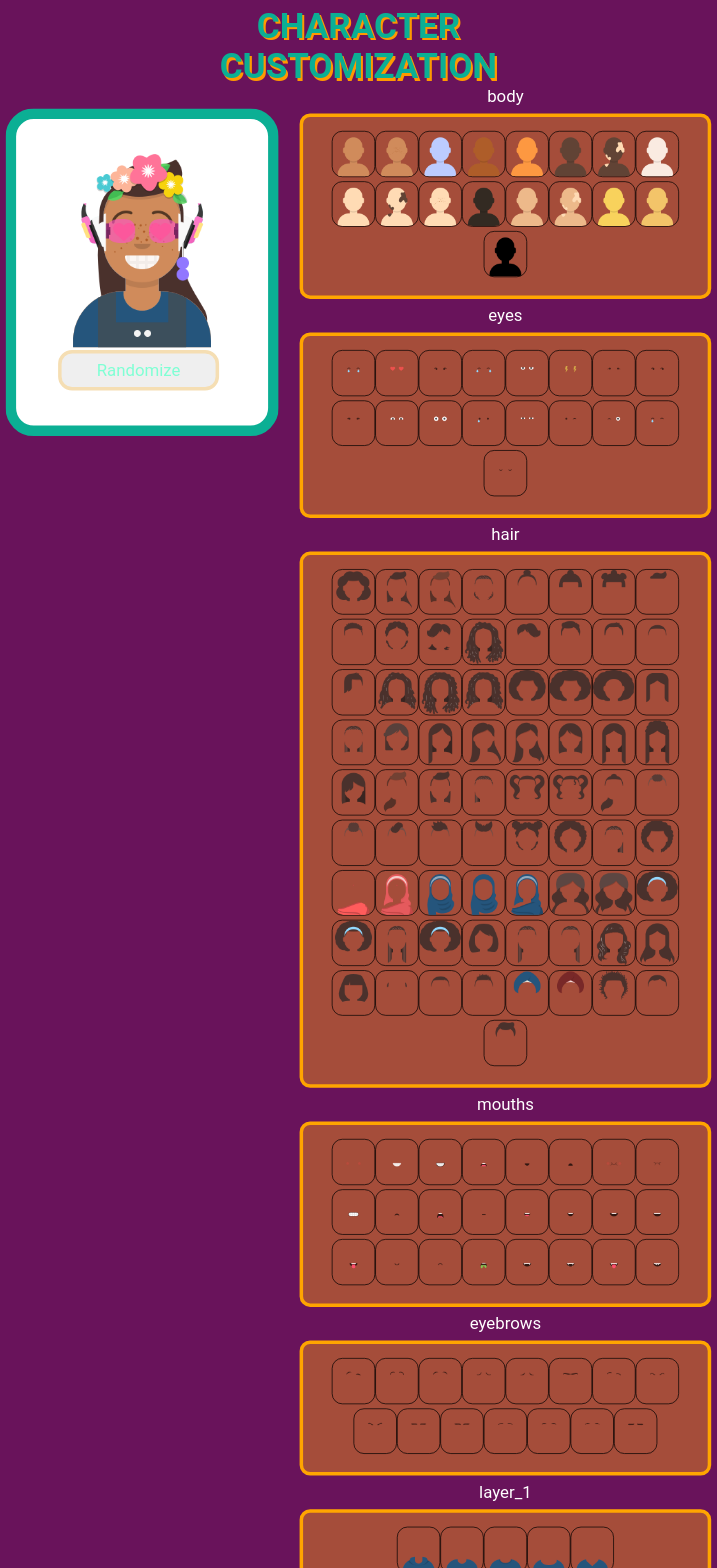
Repository: Kamaric112/react_clothing
Page: /
These files come from the project's save history. The page is drawn as it stood at one moment and after the next save; the edit follows.
The browser window is 1024 px wide. The pictures show the part of the page from y = 0 to 2240 px (the page is 3789 px tall before and 3685 px after), at 70% of full size.
The project was rebuilt for these pictures with package versions that can differ from the ones it lists, and the page was loaded fresh each time.

Above is the page before, as saved 2022-08-29 21:09:33.

### src/index.js
import React from "react";
import ReactDOM from "react-dom/client";
import App from "./components/App";

const root = ReactDOM.createRoot(document.getElementById("root"));

root.render(<App />);

### src/components/App.js
import React from "react";
import Header from "./Header";
import "./App.css";
import Avatar from "./Avatar";
import PartList from "./PartList";
import {useState} from "react"

const total = {
  body: 17,
  eyes: 17,
  hair: 73,
  mouths: 24,
  eyebrows: 15,
  hats: 28,
  glasses: 17,
  clothing1: 5,
  clothing2: 5,
  clothing3: 9,
};

function App() {


const [eyes, setEyes] = useState(2)
const [body, setBody] = useState(2)
const [layer_1, setLayer_1] = useState(2)
const [layer_2, setLayer_2] = useState(2)
const [layer_3, setLayer_3] = useState(2)
const [mouths, setMouths] = useState(2)
const [glasses, setGlasses] = useState(2)
const [hair, setHair] = useState(2)
const [eyebrows, setEyebrows] = useState(2)

const [earrings, setEarrings] = useState(2)
const [hats, setHats] = useState(2)
const randomize = () => {
    setBody(Math.floor((Math.random() * total.body )+1));
		setEyes(Math.floor((Math.random() * total.eyes)+1));
		setEyebrows(Math.floor((Math.random() * total.eyebrows)+1));
		setHair(Math.floor((Math.random() * total.hair)+1));
		setMouths(Math.floor((Math.random() * total.mouths)+1));
		setGlasses(Math.floor((Math.random() * total.glasses)+1));
		setLayer_1(Math.floor((Math.random() * total.clothing1)+1));
		setLayer_2(Math.floor((Math.random() * total.clothing2)+1));
		setLayer_3(Math.floor((Math.random() * total.clothing3)+1));
    setHats(Math.floor((Math.random() * total.hats)+1));

}




const handleClick = (e) => {
  console.log(e.target.src) //change states when clicked corresponding clothing
  const imageUrl = e.target.src
  console.log(imageUrl.split('/').pop().split('.')[0]) // split the src based on "/" then remove the last element, then split that element based on "." then choose the 1st element
}



  return (
    <div className="App">
      <Header />
      <div className="total-style">
        <Avatar eyes = {eyes} body = {body} layer_1 = {layer_1} layer_2 = {layer_2} layer_3 ={layer_3} mouths = {mouths} glasses = {glasses} hair = {hair} earrings = {earrings} hats = {hats} eyebrows= {eyebrows} randomize = {randomize}/>


        <div>
        <PartList type = "body" total ="17" index = "1" handleClick={(e) => setBody(e.target.src.split('/').pop().split('.')[0])} />
        <PartList type = "eyes" total ="17" index = "1" handleClick={(e) => setEyes(e.target.src.split('/').pop().split('.')[0])}/>
        <PartList type = "hair" total ="73" index = "1" handleClick={(e) => setHair(e.target.src.split('/').pop().split('.')[0])}/>
        <PartList type = "mouths" total ="24" index = "1" handleClick={(e) => setMouths(e.target.src.split('/').pop().split('.')[0])}/>
        <PartList type = "eyebrows" total ="15" index = "1" handleClick={(e) => setEyebrows(e.target.src.split('/').pop().split('.')[0])}/>
        <PartList type = "layer_1" total ="5" index = "1" handleClick={(e) => setLayer_1(e.target.src.split('/').pop().split('.')[0])}/>
        <PartList type = "layer_2" total ="5" index = "1" handleClick={(e) => setLayer_2(e.target.src.split('/').pop().split('.')[0])}/>
        <PartList type = "layer_3" total ="9" index = "1" handleClick={(e) => setLayer_3(e.target.src.split('/').pop().split('.')[0])}/>
        <PartList type = "earrings" total ="32" index = "1" handleClick={(e) => setEarrings(e.target.src.split('/').pop().split('.')[0])}/>
        <PartList type = "hats" total ="28" index = "1" handleClick={(e) => setHats(e.target.src.split('/').pop().split('.')[0])} />
        <PartList type = "glasses" total ="17" index = "1" handleClick={(e) => setGlasses(e.target.src.split('/').pop().split('.')[0])}/>

        </div>


      </div>
    </div>
  );
}

export default App;

### src/components/Header.js
import React from "react";

function Header() {
  return (
    <>
      <div className="title">CHARACTER</div>
      <div className="subtitle">CUSTOMIZATION</div>
    </>
  );
}

export default Header;

### src/components/App.css
*,
*::after,
*::before {
  box-sizing: content-box;
  font-family: "Roboto", sans-serif;
}

body {
	background-color: rgb(105, 19, 91);
}

.App {
	max-width: 1200px;
	margin: 0 auto;
	display: flex;
	flex-direction: column;
	align-items: center;
}

.subtitle,
.title {
  text-align: center;
}

.title,
.subtitle {
  color: #0baf94;
  font-size: 50px;
  font-weight: 700;
  text-shadow: 3px 3px #f90;
}

.total-style {
  display: flex;

  justify-content: center;
  gap: 30px;
}

.avatar {
	width: 260px;
	height: 280px;
	position: relative;
}

.avatar-wrapper {
	border-radius: 40px;
	display: inline-block;
	border: 15px solid rgb(11, 175, 148);
	padding: 50px;
	position: sticky;
	background-color: #fff;
	top: calc(50% - 205px);
}

.avatar-wrapper button {
  display: flex;
  justify-content: center;
  align-items: center;
  border: 5px solid wheat;
  padding: 10px;
  width: 200px;
  border-radius: 20px;
  margin-left: 10px;
  font-size: 1.5rem;
  color: aquamarine;
}
.avatar-wrapper button:hover {
  cursor: pointer;
  background-color: #0baf94;
}

.list-section {
  max-width: 700px;
  text-align: center;
}

.partlist {
  display: flex;
  flex-direction: column;

}

.partlist div {
  color: white;
  font-size: 1.5rem;
}
.list {
  gap: 1rem;
  background-color: rgba(255,166,9,.4);
  border: 5px solid orange;
  border-radius: 15px;
  flex-wrap: wrap;
  margin: 10px 0;
  padding: 20px;
}

.list img {
  border: 1px solid black;
  border-radius: 15px
}

.list img:hover {
  background-color: #798885;
}

### src/components/Avatar.js
import React from 'react'
import Part from './Part'

function Avatar({eyes,body,layer_1,layer_2,layer_3,mouths,glasses,hair,earrings,hats,eyebrows,randomize}) {
  return (
    <div>
      <div className="avatar-wrapper">
        <div className="avatar">
          <Part type="body" position="0" index = {body}/>
          <Part type="layer_1" position="1" index = {layer_1}/>
          <Part type="layer_2" position="1" index = {layer_2}/>
          <Part type="layer_3" position="1" index = {layer_3}/>
          <Part type="mouths" position="2" index = {mouths}/>
          <Part type="noses" position="2" index = "1"/>
          <Part type="eyes" position="2" index = {eyes}/>
          <Part type="glasses" position="3" index = {glasses}/>
          <Part type="hair" position="3" index = {hair}/>
          <Part type="earrings" position="3" index = {earrings}/>
          <Part type="hats" position="4" index = {hats}/>
          <Part type="eyebrows" position="2" index = {eyebrows}/>
        </div>
        <button onClick={randomize}>Randomize </button>
      </div>
    </div>
  )
}

export default Avatar

### src/components/PartList.js
import React from 'react'


function PartList({type,index,total,handleClick}) {

  let parts=[]
  const accessories = ["hats","glasses","earrings"]
  const clothing = ["layer_1","layer_2","layer_3"]



  for (index;index<= total; index++) {
    if ( accessories.includes(type)) {
      parts.push( <img key= {index} src={`character/accessories/${type}/${index}.png`} width="60px" onClick= {handleClick} alt= {type}/>)
    } else if ( clothing.includes(type)) {
      parts.push( <img key= {index} src={`character/clothes/${type}/${index}.png`} width="60px" onClick={handleClick} alt= {type}/>)
    }
    else {
      parts.push( <img key= {index} src={`character/${type}/${index}.png`} width="60px" onClick={handleClick} alt= {type}/>)
    }
  }


  return (
      <div className="list-section">
        <div className="partlist">
          <div>{type}</div>
          <div className="list">
            {parts}
          </div>
        </div>
      </div>
  )
}

export default PartList

### src/components/Part.js
import React from 'react'

function Part({type,position,index}) {

  const accessories = ["hats","glasses","earrings"]
  const clothing = ["layer_1","layer_2","layer_3"]

  const commonStyle = {
    position: "absolute",
    width: "260px",
    zIndex: `${position}`
  }
  if ( accessories.includes(type)) {
    return (<img src={`character/accessories/${type}/${index}.png`}  alt={`${type}`}  style= {commonStyle}/>)
  } else if ( clothing.includes(type)) {
  return (<img src={`character/clothes/${type}/${index}.png`}  alt={`${type}`}  style= {commonStyle}/>)
  } else if (type ==="noses") {
    return (<img src={`character/${type}/1.png`} alt={`${type}`} style= {commonStyle}/>)
  } else {
    return (<img src={`character/${type}/${index}.png`}  alt={`${type}`} style= {commonStyle}/>)
  }
}
export default Part

Loaded but not shown: public/index.html (common file)

After the next save:
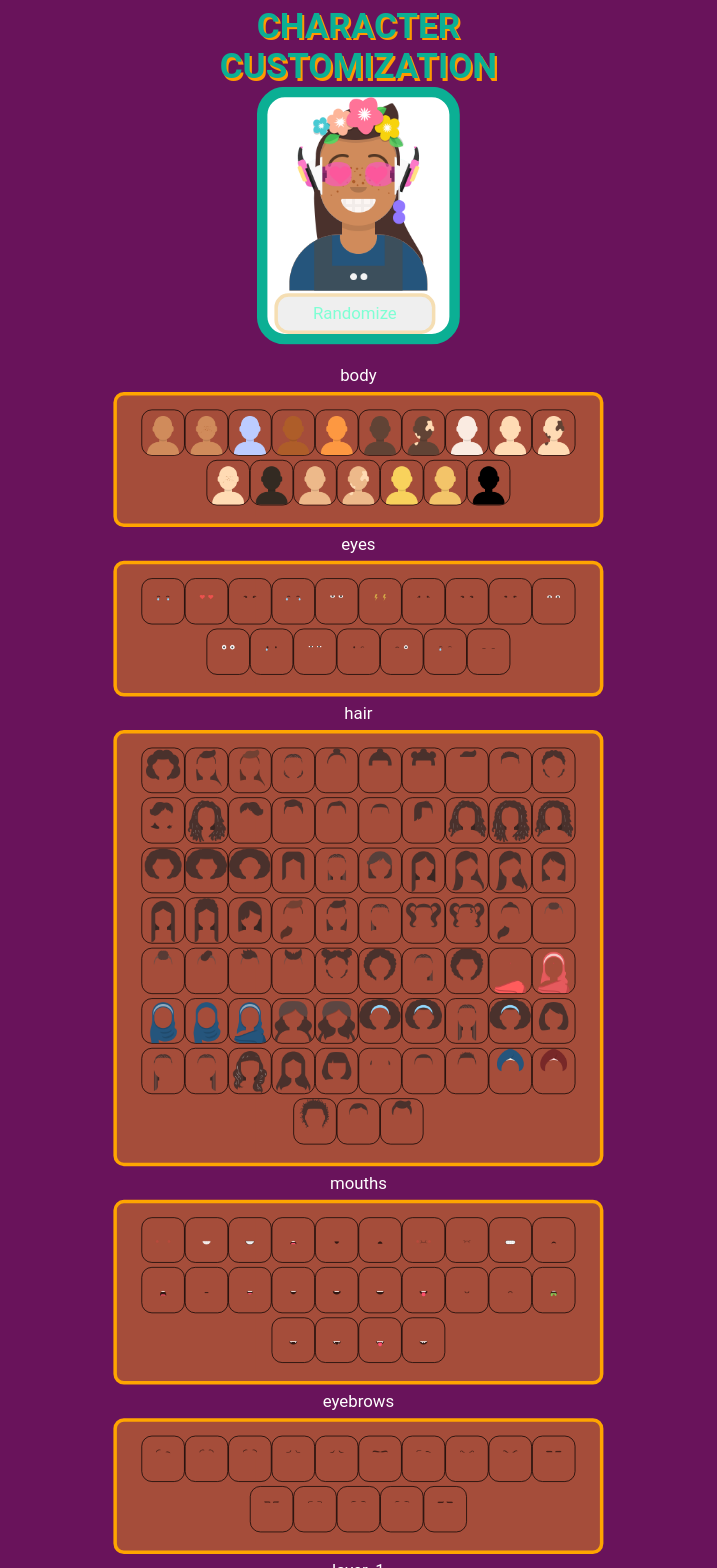
Saved 45 s later.
--- a/src/components/App.css
+++ b/src/components/App.css
@@ -103,3 +103,16 @@ body {
 .list img:hover {
   background-color: #798885;
 }
+
+@media (max-width: 1150px) {
+	.list {
+		max-width: 700px;
+	}
+	.total-style {
+		flex-direction: column;
+		align-items: center;
+	}
+	.avatar-wrapper {
+		padding: 0px;
+	}
+}
